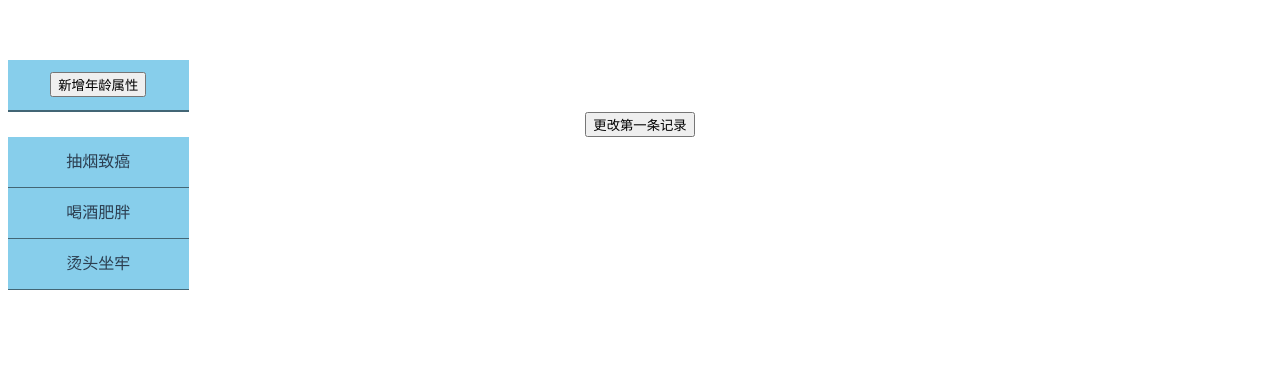
Repository: sunboxsoft/vue-key_Vue.set_parser-babylon
Page: /#/ComprehensicePractise
These files come from the project's save history. The page is drawn as it stood at one moment and after the next save; the edit follows.
The browser window is 1280 px wide. The pictures show the whole page.
The project was rebuilt for these pictures with package versions that can differ from the ones it lists, and the page was loaded fresh each time. Also part of the build but not shown: src/components/HelloWorld.vue.

Above is the page before, as saved 2022-05-14 07:35:51.

After the next save:
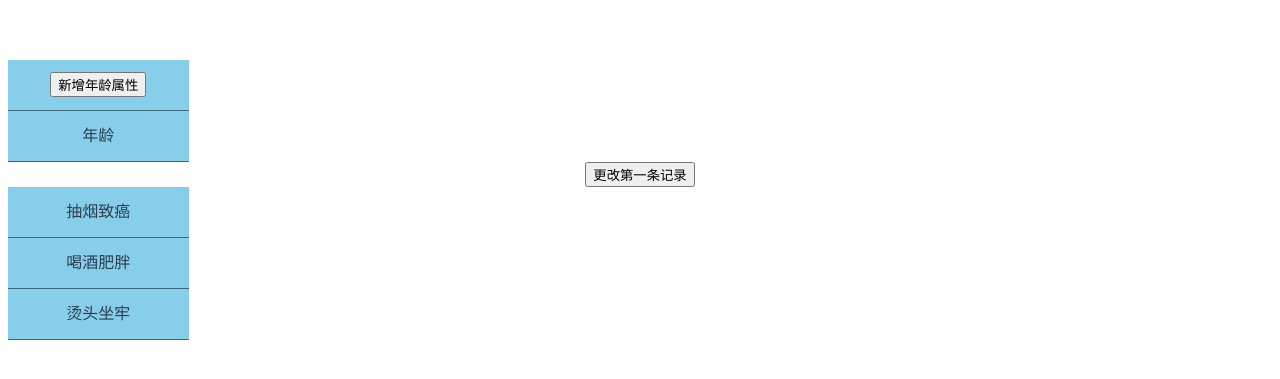
Saved 6 s later.
--- a/src/components/ComprehensicePractise.vue
+++ b/src/components/ComprehensicePractise.vue
@@ -2,10 +2,10 @@
   <section class="ComprehensicePractise">
       <ul>
           <li><button @click="addAge">新增年龄属性</button></li>
-          <li></li>
+          <li>年龄{{ student.age }}</li>
       </ul>
 
-    <div v-if="student.age">年龄{{ student.age }}</div>
+
     <button @click="changeOneRecord">更改第一条记录</button>
     <ul>
       <li v-for="item in student.hobby" :key="item">
